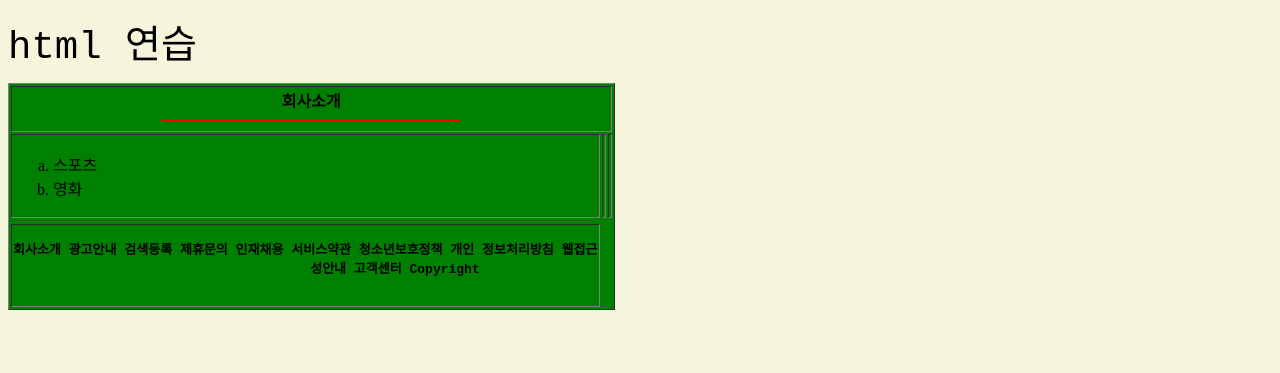
Repository: cleangggg/front
Page: html/ex08.html
The author's editor kept a copy of each file at every save. The page is drawn from the files as they stood at one save, then again after the next save.
The browser window is 1280 px wide. The pictures show the whole page.

Above is the page before, as saved 2023-05-23 01:13:41.

After the next save:
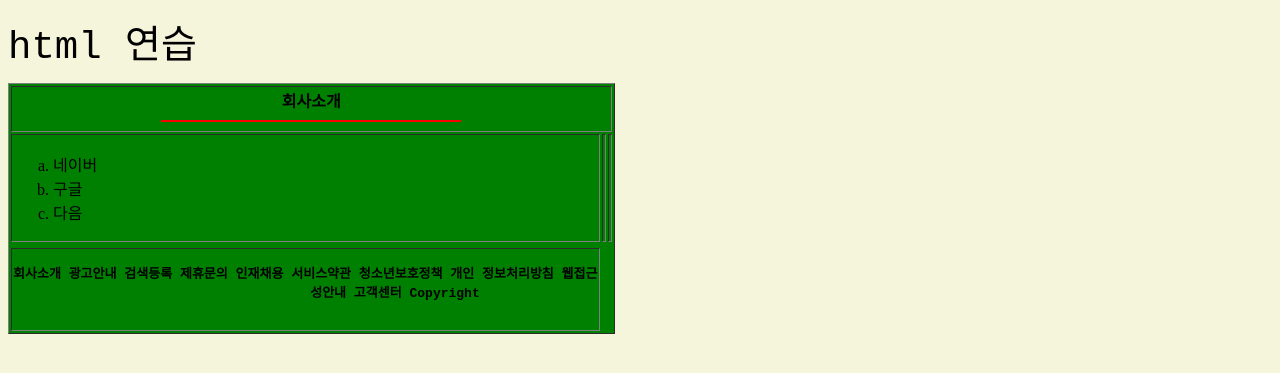
Saved 15 s later.
--- a/html/ex08.html
+++ b/html/ex08.html
@@ -8,18 +8,21 @@
 	<pre>
 <font size="7">html 연습</font>
 </pre>
-	<table border="1" height="200" width="500" bgcolor="green" >
+	<table border="1" height="200" width="500" bgcolor="green">
 
 		<th colspan="4">회사소개
-		<hr width="50%" align="center" color="red">
+			<hr width="50%" align="center" color="red">
 		</th>
 		<tr>
-			<td row =span"3">
-			<ol type="a">
-		<li>스포츠</li>
-		<li>영화</li>
-	</ol>
-			</td><td></td><td></td>
+			<td row=span"3">
+				<ol type="a">
+					<li>네이버</li>
+					<li>구글</li>
+					<li>다음</li>
+				</ol>
+			</td>
+			<td></td>
+			<td></td>
 		</tr>
 		<tr>
 
@@ -28,11 +31,9 @@
 
 		</tr>
 		<tr>
-			<th>
-			<pre>회사소개 광고안내 검색등록 제휴문의 인재채용 서비스약관 청소년보호정책 개인 정보처리방침 웹접근
+			<th><pre>회사소개 광고안내 검색등록 제휴문의 인재채용 서비스약관 청소년보호정책 개인 정보처리방침 웹접근
 			성안내 고객센터 Copyright
-			</pre>
-			</th>
+			</pre></th>
 		</tr>
 
 	</table>
